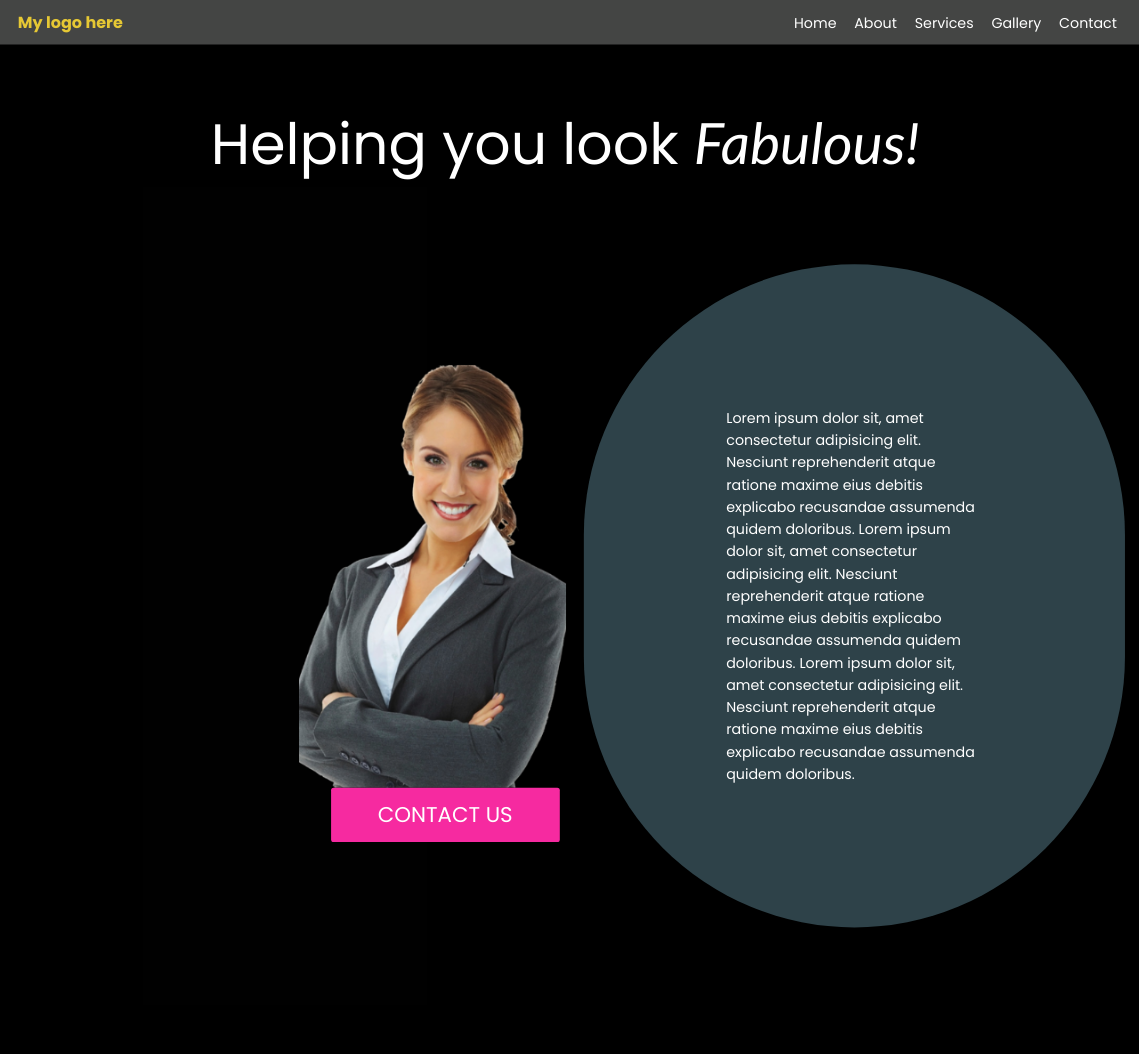
Repository: buzzedison/gardens
Page: index.html
These files come from the project's save history. The page is drawn as it stood at one moment and after the next save; the edit follows.
The browser window is 1280 px wide. The pictures show the whole page, at 89% of full size.

Above is the page before, as saved 2022-01-13 04:29:32.

After the next save:
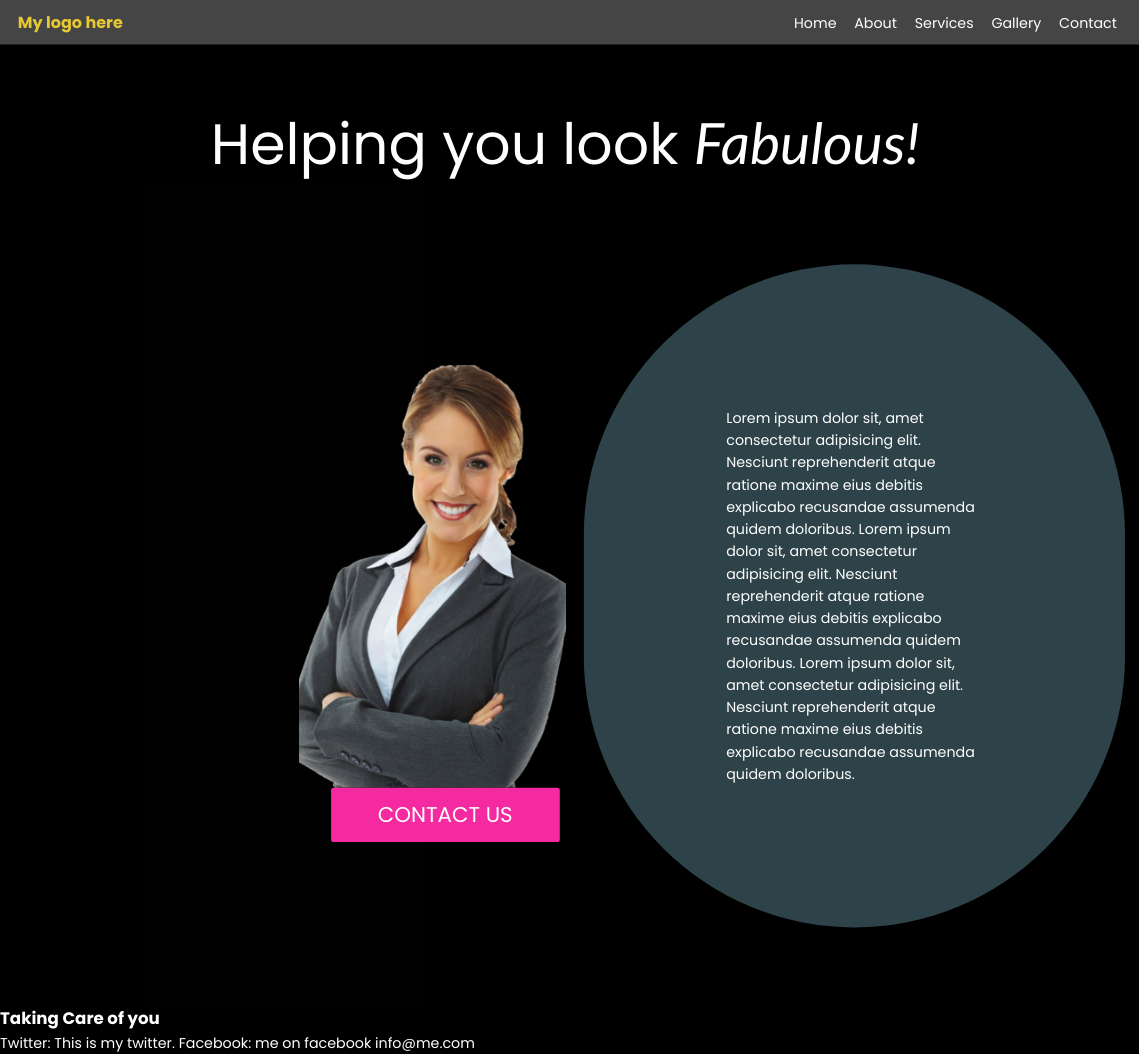
Saved 16 s later.
--- a/css/styles.css
+++ b/css/styles.css
@@ -278,4 +278,5 @@
 
   .gridnew {
     max-width: 80%;
-  }
+    color: #FFFFFF;
+  }

After the save that followed:
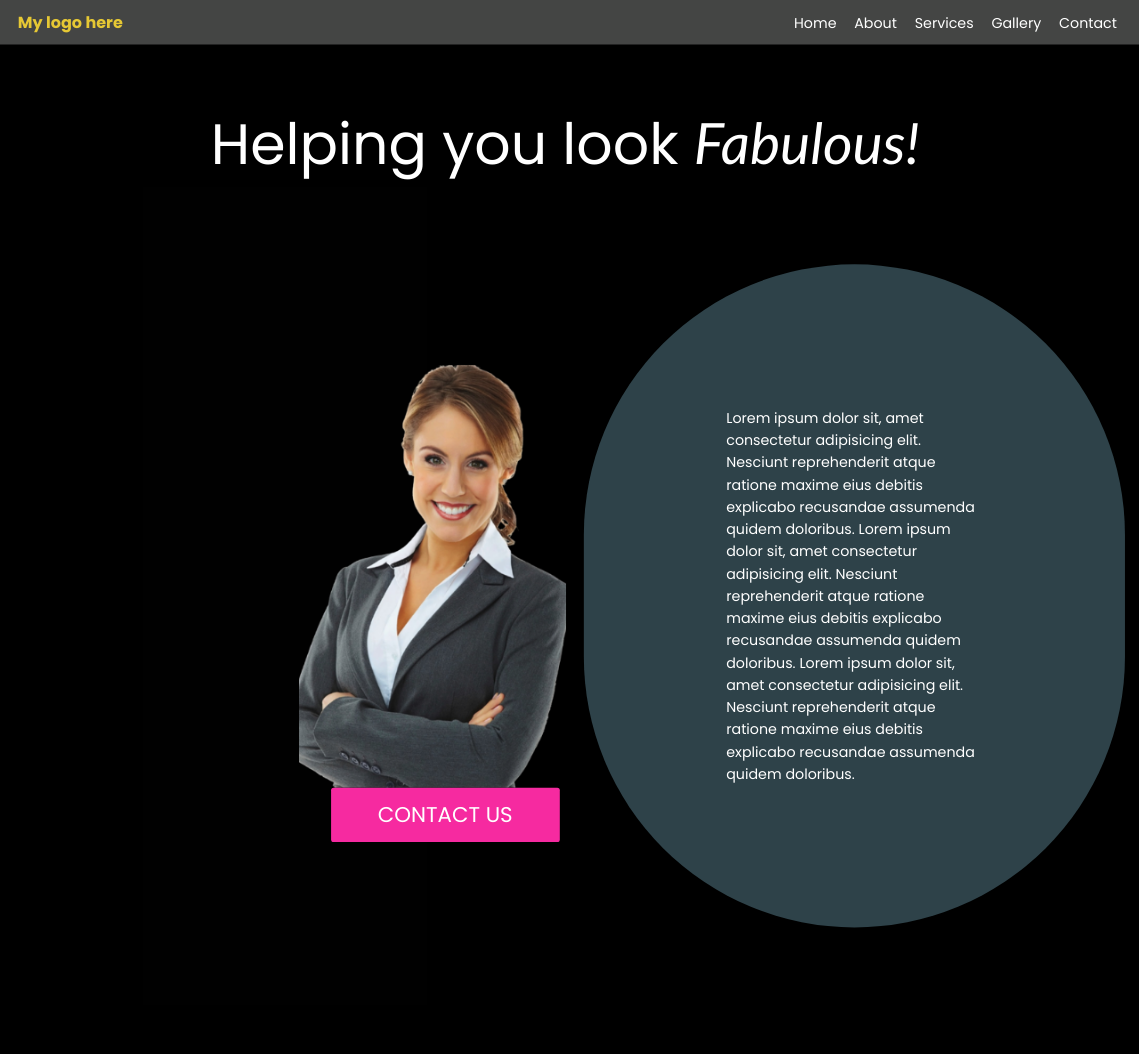
Saved 115 s later.
--- a/css/styles.css
+++ b/css/styles.css
@@ -276,7 +276,10 @@
 
 
 
-  .gridnew {
-    max-width: 80%;
-    color: #FFFFFF;
-  }
+  .footer {
+    position: fixed;
+    left: 0;
+    bottom: 0;
+    width: 100%;
+    background-color: red;
+  }
